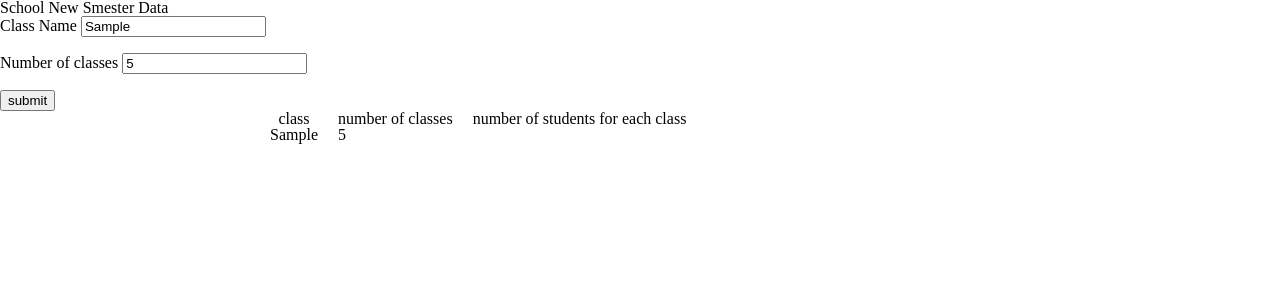
Repository: Razan-am/exam-practice
Page: index.html
An editor plug-in stored every save of this project. The page is shown before and after the next save, followed by the edit.
The browser window is 1280 px wide. The pictures show the whole page.
Empty fields were first filled with sample values (such as "Sample", 5 or name@example.com).
After loading, the first visible `#myForm` was submitted once.

Above is the page before, as saved 2021-05-30 23:43:23.

### index.html
<!DOCTYPE html>
<html lang="en">
<head>
    <meta charset="UTF-8">
    <meta http-equiv="X-UA-Compatible" content="IE=edge">
    <meta name="viewport" content="width=device-width, initial-scale=1.0">
    <title>Document</title>
    <link rel="stylesheet" href="css/reset.css">
    <link rel="stylesheet" href="css/style.css">
</head>
<body>
    <header>
        <h1>School New Smester Data</h1>
    </header>
    <main>
        <form action="" id="myForm">
            <fieldset>
                <label for="className">Class Name</label>
                <input type="text" id="className" name="className" placeholder="9th">
                <br/><br/>
                <label for="classNumber">
                    Number of classes
                </label>
                <input type="number" id="classNamber" name="classNumber">
                <br/><br/>
                <input type="submit" value="submit">
            </fieldset>
        </form>
        <div >
            <table id="table"></table>
        </div>
    </main>
    <footer></footer>
    <script src="js/app.js"></script>
</body>
</html>

### css/style.css
table {
    margin-left: 250px;
}
th{
    padding-left: 20px;
}
td{
    padding-left: 20px;
}

### js/app.js
'use strict';

let myForm = document.getElementById('myForm');
let myTable = document.getElementById('table');

let headerData = ['class', 'number of classes', 'number of students for each class']

let mainArr = [];
function Myform(className, numberOfClasses) {
    this.className = className;
    this.numberOfClasses = numberOfClasses;
    // this.randomNumber = 0;
    mainArr.push(this);
}
console.log(mainArr);

// function random(min, max) {
//     mainArr.randomNumber = Math.floor(Math.random() * (max - min + 1)) + min;
// }


myForm.addEventListener('submit', handleSubmit);

function handleSubmit(event) {
    event.preventDefault();
    let className = event.target.className.value;
    let classNumber = event.target.classNumber.value;
    new Myform(className, classNumber);
    render();
    setting();
}

let headerEl = document.createElement('tr');
myTable.appendChild(headerEl);
let tBody = document.createElement('tr');
myTable.appendChild(tBody);
function render() {
    headerEl.textContent='';
    tBody.textContent = ''
    for (let index = 0; index < headerData.length; index++) {
        let thEl = document.createElement('th');
        headerEl.appendChild(thEl);
        thEl.textContent = `${headerData[index]}`
    }
    for (let index = 0; index < mainArr.length; index++) {
        let td1 = document.createElement('td');
        tBody.appendChild(td1);
        td1.textContent = `${mainArr[index].className}`;
    }

    for (let i = 0; i < mainArr.length; i++) {
        let td2 = document.createElement('td');
        tBody.appendChild(td2);
        td2.textContent = `${mainArr[i].numberOfClasses}`;
    }
    // let td3 = document.createElement('td');
    // tBody.appendChild(td3);
    // td3.textContent = `${mainArr.randomNumber}`;
}


function setting() {
    let data = JSON.stringify(mainArr);
    localStorage.setItem('name' , data);
}

function getting() {
    let stringObj = localStorage.getItem('name')
    let normalObj = JSON.parse(stringObj);
    if(normalObj !== null){
        mainArr = normalObj;
    }
    render();
}
getting();

Loaded but not shown: css/reset.css (common file)

After the next save:
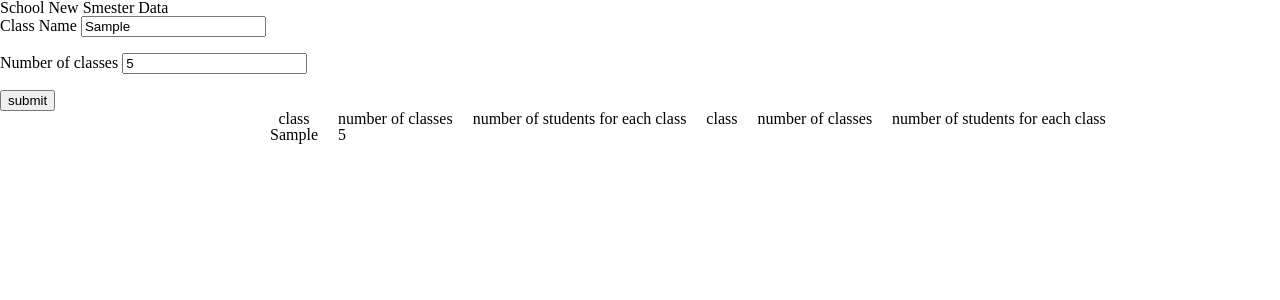
Saved 17 s later.
--- a/js/app.js
+++ b/js/app.js
@@ -35,8 +35,8 @@
 let tBody = document.createElement('tr');
 myTable.appendChild(tBody);
 function render() {
-    headerEl.textContent='';
-    tBody.textContent = ''
+    // headerEl.textContent='';
+    // tBody.textContent = ''
     for (let index = 0; index < headerData.length; index++) {
         let thEl = document.createElement('th');
         headerEl.appendChild(thEl);

After the save that followed:
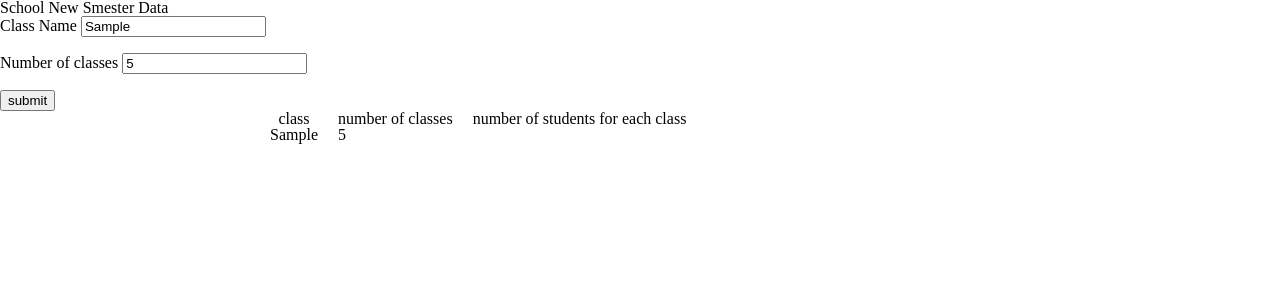
Saved 34 s later.
--- a/js/app.js
+++ b/js/app.js
@@ -27,7 +27,6 @@
     let classNumber = event.target.classNumber.value;
     new Myform(className, classNumber);
     render();
-    setting();
 }
 
 let headerEl = document.createElement('tr');
@@ -35,7 +34,7 @@
 let tBody = document.createElement('tr');
 myTable.appendChild(tBody);
 function render() {
-    // headerEl.textContent='';
+    headerEl.textContent='';
     // tBody.textContent = ''
     for (let index = 0; index < headerData.length; index++) {
         let thEl = document.createElement('th');
